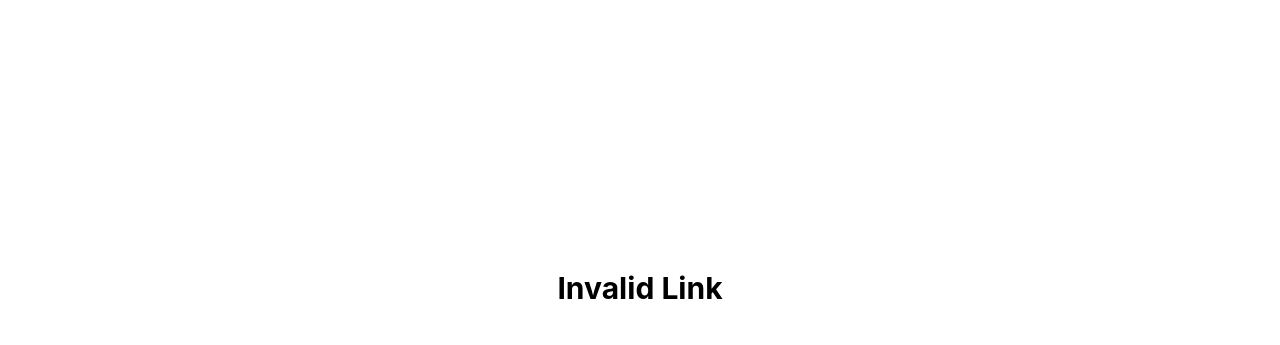
Repository: SaudCh/Web-Mid-Exams
Page: /error
These files come from the project's save history. The page is drawn as it stood at one moment and after the next save; the edit follows.
The browser window is 1280 px wide. The pictures show the whole page.
The project was rebuilt for these pictures with package versions that can differ from the ones it lists, and the page was loaded fresh each time. Also part of the build but not shown: src/Home/home.jsx.

Above is the page before, as saved 2021-11-22 00:19:18.

### src/App.js
import React from "react";
import { BrowserRouter as Router, Switch, Route, Link } from "react-router-dom";
import Home from "./Home/home";
import Invalid from "./Error/error";

export default function App() {
  return (
    <Router>
      <Switch>
        <Route path="/home">
          <Home />
        </Route>
        <Route path="/error">
          <Invalid />
        </Route>
      </Switch>
    </Router>
  );
}

### src/Error/error.jsx
import React from "react";

export default function error() {
  return (
    <div
      style={{
        height: "80vh",
        display: "flex",
        alignItems: "center",
        justifyContent: "center",
      }}
    >
      <h1 style={{ fontSize: 30 }}>Invalid Link</h1>
    </div>
  );
}

Loaded but not shown: public/index.html (common file); src/index.js (common file); src/index.css (common file); src/reportWebVitals.js (common file)

After the next save:
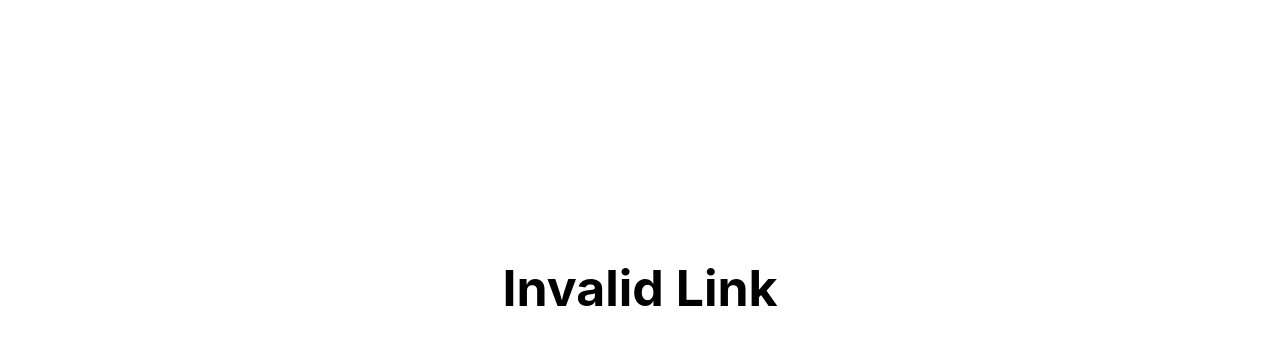
Saved 4 s later.
--- a/src/Error/error.jsx
+++ b/src/Error/error.jsx
@@ -10,7 +10,7 @@
         justifyContent: "center",
       }}
     >
-      <h1 style={{ fontSize: 30 }}>Invalid Link</h1>
+      <h1 style={{ fontSize: 50 }}>Invalid Link</h1>
     </div>
   );
 }
